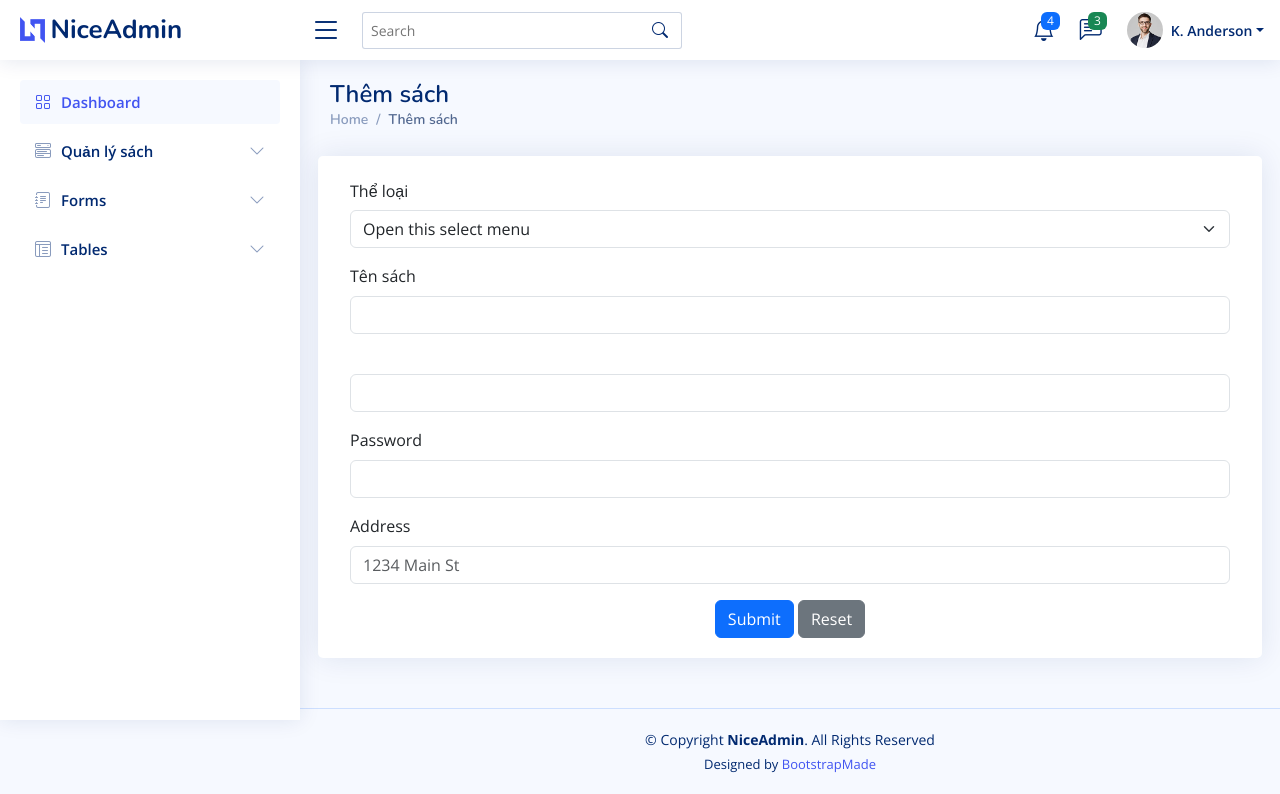
Repository: Hoainam7895123/library_manager
Page: http://localhost/library_manager/addBook.jsp
These files come from the project's save history. The page is drawn as it stood at one moment and after the next save; the edit follows.
The browser window is 1280 px wide. The pictures show the whole page.
The page is served by Tomcat 9. Other server files are loaded and not shown.

Above is the page before, as saved 2024-06-06 01:27:59.

### library_manager/src/main/webapp/addBook.jsp
<%@page import="java.util.ArrayList"%>
<%@page import="model.Book"%>
<%@ page language="java" contentType="text/html; charset=UTF-8"
	pageEncoding="UTF-8"%>
<!DOCTYPE html>
<html lang="en">

<head>
<meta charset="utf-8">
<meta content="width=device-width, initial-scale=1.0" name="viewport">

<title>Dashboard - NiceAdmin Bootstrap Template</title>
<meta content="" name="description">
<meta content="" name="keywords">

<!-- Favicons -->
<link href="/img/favicon.png" rel="icon">
<link href="/img/apple-touch-icon.png" rel="apple-touch-icon">

<!-- Google Fonts -->
<link href="https://fonts.gstatic.com" rel="preconnect">
<link
	href="https://fonts.googleapis.com/css?family=Open+Sans:300,300i,400,400i,600,600i,700,700i|Nunito:300,300i,400,400i,600,600i,700,700i|Poppins:300,300i,400,400i,500,500i,600,600i,700,700i"
	rel="stylesheet">

<!-- Vendor CSS Files -->
<link href="css/bootstrap.min.css" rel="stylesheet">
<link href="css/bootstrap-icons/bootstrap-icons.css" rel="stylesheet">
<link href="css/boxicons.min.css" rel="stylesheet">
<link href="css/quill.snow.css" rel="stylesheet">
<link href="css/quill.bubble.css" rel="stylesheet">
<link href="css/remixicon.css" rel="stylesheet">
<link href="css/style.css" rel="stylesheet">

<!-- Template Main CSS File -->
<link href="css/stylex.css" rel="stylesheet">

<!-- =======================================================
  * Template Name: NiceAdmin
  * Template URL: https://bootstrapmade.com/nice-admin-bootstrap-admin-html-template/
  * Updated: Apr 20 2024 with Bootstrap v5.3.3
  * Author: BootstrapMade.com
  * License: https://bootstrapmade.com/license/
  ======================================================== -->
</head>

<body>

	<!-- ======= Header ======= -->
	<header id="header" class="header fixed-top d-flex align-items-center">

		<div class="d-flex align-items-center justify-content-between">
			<a href="index.html" class="logo d-flex align-items-center"> <img
				src="assets/img/logo.png" alt=""> <span
				class="d-none d-lg-block">NiceAdmin</span>
			</a> <i class="bi bi-list toggle-sidebar-btn"></i>
		</div>
		<!-- End Logo -->

		<div class="search-bar">
			<form class="search-form d-flex align-items-center" method="POST"
				action="#">
				<input type="text" name="query" placeholder="Search"
					title="Enter search keyword">
				<button type="submit" title="Search">
					<i class="bi bi-search"></i>
				</button>
			</form>
		</div>
		<!-- End Search Bar -->

		<nav class="header-nav ms-auto">
			<ul class="d-flex align-items-center">

				<li class="nav-item d-block d-lg-none"><a
					class="nav-link nav-icon search-bar-toggle " href="#"> <i
						class="bi bi-search"></i>
				</a></li>
				<!-- End Search Icon-->

				<li class="nav-item dropdown"><a class="nav-link nav-icon"
					href="#" data-bs-toggle="dropdown"> <i class="bi bi-bell"></i>
						<span class="badge bg-primary badge-number">4</span>
				</a> <!-- End Notification Icon -->

					<ul
						class="dropdown-menu dropdown-menu-end dropdown-menu-arrow notifications">
						<li class="dropdown-header">You have 4 new notifications <a
							href="#"><span class="badge rounded-pill bg-primary p-2 ms-2">View
									all</span></a>
						</li>
						<li>
							<hr class="dropdown-divider">
						</li>

						<li class="notification-item"><i
							class="bi bi-exclamation-circle text-warning"></i>
							<div>
								<h4>Lorem Ipsum</h4>
								<p>Quae dolorem earum veritatis oditseno</p>
								<p>30 min. ago</p>
							</div></li>

						<li>
							<hr class="dropdown-divider">
						</li>

						<li class="notification-item"><i
							class="bi bi-x-circle text-danger"></i>
							<div>
								<h4>Atque rerum nesciunt</h4>
								<p>Quae dolorem earum veritatis oditseno</p>
								<p>1 hr. ago</p>
							</div></li>

						<li>
							<hr class="dropdown-divider">
						</li>

						<li class="notification-item"><i
							class="bi bi-check-circle text-success"></i>
							<div>
								<h4>Sit rerum fuga</h4>
								<p>Quae dolorem earum veritatis oditseno</p>
								<p>2 hrs. ago</p>
							</div></li>

						<li>
							<hr class="dropdown-divider">
						</li>

						<li class="notification-item"><i
							class="bi bi-info-circle text-primary"></i>
							<div>
								<h4>Dicta reprehenderit</h4>
								<p>Quae dolorem earum veritatis oditseno</p>
								<p>4 hrs. ago</p>
							</div></li>

						<li>
							<hr class="dropdown-divider">
						</li>
						<li class="dropdown-footer"><a href="#">Show all
								notifications</a></li>

					</ul> <!-- End Notification Dropdown Items --></li>
				<!-- End Notification Nav -->

				<li class="nav-item dropdown"><a class="nav-link nav-icon"
					href="#" data-bs-toggle="dropdown"> <i
						class="bi bi-chat-left-text"></i> <span
						class="badge bg-success badge-number">3</span>
				</a> <!-- End Messages Icon -->

					<ul
						class="dropdown-menu dropdown-menu-end dropdown-menu-arrow messages">
						<li class="dropdown-header">You have 3 new messages <a
							href="#"><span class="badge rounded-pill bg-primary p-2 ms-2">View
									all</span></a>
						</li>
						<li>
							<hr class="dropdown-divider">
						</li>

						<li class="message-item"><a href="#"> <img
								src="assets/img/messages-1.jpg" alt="" class="rounded-circle">
								<div>
									<h4>Maria Hudson</h4>
									<p>Velit asperiores et ducimus soluta repudiandae labore
										officia est ut...</p>
									<p>4 hrs. ago</p>
								</div>
						</a></li>
						<li>
							<hr class="dropdown-divider">
						</li>

						<li class="message-item"><a href="#"> <img
								src="assets/img/messages-2.jpg" alt="" class="rounded-circle">
								<div>
									<h4>Anna Nelson</h4>
									<p>Velit asperiores et ducimus soluta repudiandae labore
										officia est ut...</p>
									<p>6 hrs. ago</p>
								</div>
						</a></li>
						<li>
							<hr class="dropdown-divider">
						</li>

						<li class="message-item"><a href="#"> <img
								src="assets/img/messages-3.jpg" alt="" class="rounded-circle">
								<div>
									<h4>David Muldon</h4>
									<p>Velit asperiores et ducimus soluta repudiandae labore
										officia est ut...</p>
									<p>8 hrs. ago</p>
								</div>
						</a></li>
						<li>
							<hr class="dropdown-divider">
						</li>

						<li class="dropdown-footer"><a href="#">Show all messages</a>
						</li>

					</ul> <!-- End Messages Dropdown Items --></li>
				<!-- End Messages Nav -->

				<li class="nav-item dropdown pe-3"><a
					class="nav-link nav-profile d-flex align-items-center pe-0"
					href="#" data-bs-toggle="dropdown"> <img
						src="assets/img/profile-img.jpg" alt="Profile"
						class="rounded-circle"> <span
						class="d-none d-md-block dropdown-toggle ps-2">K. Anderson</span>
				</a> <!-- End Profile Iamge Icon -->

					<ul
						class="dropdown-menu dropdown-menu-end dropdown-menu-arrow profile">
						<li class="dropdown-header">
							<h6>Kevin Anderson</h6> <span>Web Designer</span>
						</li>
						<li>
							<hr class="dropdown-divider">
						</li>

						<li><a class="dropdown-item d-flex align-items-center"
							href="users-profile.html"> <i class="bi bi-person"></i> <span>My
									Profile</span>
						</a></li>
						<li>
							<hr class="dropdown-divider">
						</li>

						<li><a class="dropdown-item d-flex align-items-center"
							href="users-profile.html"> <i class="bi bi-gear"></i> <span>Account
									Settings</span>
						</a></li>
						<li>
							<hr class="dropdown-divider">
						</li>

						<li><a class="dropdown-item d-flex align-items-center"
							href="pages-faq.html"> <i class="bi bi-question-circle"></i>
								<span>Need Help?</span>
						</a></li>
						<li>
							<hr class="dropdown-divider">
						</li>

						<li><a class="dropdown-item d-flex align-items-center"
							href="#"> <i class="bi bi-box-arrow-right"></i> <span>Sign
									Out</span>
						</a></li>

					</ul> <!-- End Profile Dropdown Items --></li>
				<!-- End Profile Nav -->

			</ul>
		</nav>
		<!-- End Icons Navigation -->

	</header>
	<!-- End Header -->

	<!-- ======= Sidebar ======= -->
	<aside id="sidebar" class="sidebar">

		<ul class="sidebar-nav" id="sidebar-nav">

			<li class="nav-item"><a class="nav-link " href="index.html">
					<i class="bi bi-grid"></i> <span>Dashboard</span>
			</a></li>
			<!-- End Dashboard Nav -->

			<li class="nav-item"><a class="nav-link collapsed"
				data-bs-target="#components-nav" data-bs-toggle="collapse" href="#">
					<i class="bi bi-menu-button-wide"></i><span>Quản lý sách</span><i
					class="bi bi-chevron-down ms-auto"></i>
			</a>
				<ul id="components-nav" class="nav-content collapse "
					data-bs-parent="#sidebar-nav">
					<li><a href="components-alerts.html"> <i
							class="bi bi-circle"></i><span>Alerts</span>
					</a></li>
					<li><a href="components-accordion.html"> <i
							class="bi bi-circle"></i><span>Accordion</span>
					</a></li>
					<li><a href="components-badges.html"> <i
							class="bi bi-circle"></i><span>Badges</span>
					</a></li>
				</ul></li>
			<!-- End Components Nav -->

			<li class="nav-item"><a class="nav-link collapsed"
				data-bs-target="#forms-nav" data-bs-toggle="collapse" href="#">
					<i class="bi bi-journal-text"></i><span>Forms</span><i
					class="bi bi-chevron-down ms-auto"></i>
			</a>
				<ul id="forms-nav" class="nav-content collapse "
					data-bs-parent="#sidebar-nav">
					<li><a href="forms-elements.html"> <i class="bi bi-circle"></i><span>Form
								Elements</span>
					</a></li>
					<li><a href="forms-layouts.html"> <i class="bi bi-circle"></i><span>Form
								Layouts</span>
					</a></li>
				</ul></li>
			<!-- End Forms Nav -->

			<li class="nav-item"><a class="nav-link collapsed"
				data-bs-target="#tables-nav" data-bs-toggle="collapse" href="#">
					<i class="bi bi-layout-text-window-reverse"></i><span>Tables</span><i
					class="bi bi-chevron-down ms-auto"></i>
			</a>
				<ul id="tables-nav" class="nav-content collapse "
					data-bs-parent="#sidebar-nav">
					<li><a href="tables-general.html"> <i class="bi bi-circle"></i><span>General
								Tables</span>
					</a></li>
					<li><a href="tables-data.html"> <i class="bi bi-circle"></i><span>Data
								Tables</span>
					</a></li>
				</ul></li>
			<!-- End Tables Nav -->

		</ul>

	</aside>
	<!-- End Sidebar-->

	<main id="main" class="main">

		<div class="pagetitle">
			<div class="row">
				<div class="col-10">
					<h1>Thêm sách</h1>
					<nav>
						<ol class="breadcrumb">
							<li class="breadcrumb-item"><a href="index.html">Home</a></li>
							<li class="breadcrumb-item active">Thêm sách</li>
						</ol>
					</nav>
				</div>
				<div class="col-2">
				</div>
			</div>
		</div>
		<!-- End Page Title -->

		<section class="section dashboard">
			<div class="row">
				<!-- Vertical Form -->
				<div class="card">
					<div class="card-body">
						<!-- Vertical Form -->
						<form class="row g-3">
							<div class="col-12 pt-3">
								<label class="col-sm-2 col-form-label">Thể loại</label>
									<select class="form-select" aria-label="Default select example">
										<option selected>Open this select menu</option>
										<option value="1">One</option>
										<option value="2">Two</option>
										<option value="3">Three</option>
										<option value="4">Three</option>
										<option value="5">Three</option>
									</select>
							</div>
							<div class="col-12">
								<label for="inputNanme4" class="form-label">Tên sách</label> <input
									type="text" class="form-control" id="inputNanme4">
							</div>
							<div class="col-12">
								<label for="inputEmail4" class="form-label"></label> <input
									type="email" class="form-control" id="inputEmail4">
							</div>
							<div class="col-12">
								<label for="inputPassword4" class="form-label">Password</label>
								<input type="password" class="form-control" id="inputPassword4">
							</div>
							<div class="col-12">
								<label for="inputAddress" class="form-label">Address</label> <input
									type="text" class="form-control" id="inputAddress"
									placeholder="1234 Main St">
							</div>
							<div class="text-center">
								<button type="submit" class="btn btn-primary">Submit</button>
								<button type="reset" class="btn btn-secondary">Reset</button>
							</div>
						</form>
						<!-- Vertical Form -->

					</div>
				</div>
			</div>
		</section>

	</main>
	<!-- End #main -->

	<!-- ======= Footer ======= -->
	<footer id="footer" class="footer">
		<div class="copyright">
			&copy; Copyright <strong><span>NiceAdmin</span></strong>. All Rights
			Reserved
		</div>
		<div class="credits">
			<!-- All the links in the footer should remain intact. -->
			<!-- You can delete the links only if you purchased the pro version. -->
			<!-- Licensing information: https://bootstrapmade.com/license/ -->
			<!-- Purchase the pro version with working PHP/AJAX contact form: https://bootstrapmade.com/nice-admin-bootstrap-admin-html-template/ -->
			Designed by <a href="https://bootstrapmade.com/">BootstrapMade</a>
		</div>
	</footer>
	<!-- End Footer -->

	<a href="#"
		class="back-to-top d-flex align-items-center justify-content-center"><i
		class="bi bi-arrow-up-short"></i></a>

	<!-- Vendor JS Files -->
	<script src="${pageContext.request.contextPath}/js/apexcharts.min.js"></script>
	<script
		src="${pageContext.request.contextPath}/js/bootstrap.bundle.min.js"></script>

	<script src="/js/echarts.min.js"></script>

	<script src="/js/tinymce.min.js"></script>
	<script src="/js/validate.js"></script>
	<!-- Template Main JS File -->
	<script src="/js/main.js"></script>

</body>

</html>

### library_manager/src/main/webapp/css/style.css
.datatable-wrapper.no-header .datatable-container {
	border-top: 1px solid #d9d9d9;
}

.datatable-wrapper.no-footer .datatable-container {
	border-bottom: 1px solid #d9d9d9;
}

.datatable-top,
.datatable-bottom {
	padding: 8px 10px;
}

.datatable-top > nav:first-child,
.datatable-top > div:first-child,
.datatable-bottom > nav:first-child,
.datatable-bottom > div:first-child {
	float: left;
}

.datatable-top > nav:last-child,
.datatable-top > div:not(first-child),
.datatable-bottom > nav:last-child,
.datatable-bottom > div:last-child {
	float: right;
}

.datatable-selector {
	padding: 6px;
}

.datatable-input {
	padding: 6px 12px;
}

.datatable-info {
	margin: 7px 0;
}

/* PAGER */
.datatable-pagination ul {
	margin: 0;
	padding-left: 0;
}

.datatable-pagination li {
	list-style: none;
	float: left;
}

.datatable-pagination li.datatable-hidden {
    visibility: hidden;
}

.datatable-pagination a,
.datatable-pagination button {
	border: 1px solid transparent;
	float: left;
	margin-left: 2px;
	padding: 6px 12px;
	position: relative;
	text-decoration: none;
	color: #333;
    cursor: pointer;
}

.datatable-pagination a:hover,
.datatable-pagination button:hover {
	background-color: #d9d9d9;
}

.datatable-pagination .datatable-active a,
.datatable-pagination .datatable-active a:focus,
.datatable-pagination .datatable-active a:hover,
.datatable-pagination .datatable-active button,
.datatable-pagination .datatable-active button:focus,
.datatable-pagination .datatable-active button:hover {
	background-color: #d9d9d9;
	cursor: default;
}

.datatable-pagination .datatable-ellipsis a,
.datatable-pagination .datatable-disabled a,
.datatable-pagination .datatable-disabled a:focus,
.datatable-pagination .datatable-disabled a:hover,
.datatable-pagination .datatable-ellipsis button,
.datatable-pagination .datatable-disabled button,
.datatable-pagination .datatable-disabled button:focus,
.datatable-pagination .datatable-disabled button:hover {
    pointer-events: none;
    cursor: default;
}

.datatable-pagination .datatable-disabled a,
.datatable-pagination .datatable-disabled a:focus,
.datatable-pagination .datatable-disabled a:hover,
.datatable-pagination .datatable-disabled button,
.datatable-pagination .datatable-disabled button:focus,
.datatable-pagination .datatable-disabled button:hover {
	cursor: not-allowed;
	opacity: 0.4;
}

.datatable-pagination .datatable-pagination a,
.datatable-pagination .datatable-pagination button {
	font-weight: bold;
}

/* TABLE */
.datatable-table {
	max-width: 100%;
	width: 100%;
	border-spacing: 0;
	border-collapse: separate;
}

.datatable-table > tbody > tr > td,
.datatable-table > tbody > tr > th,
.datatable-table > tfoot > tr > td,
.datatable-table > tfoot > tr > th,
.datatable-table > thead > tr > td,
.datatable-table > thead > tr > th {
	vertical-align: top;
	padding: 8px 10px;
}

.datatable-table > thead > tr > th {
	vertical-align: bottom;
	text-align: left;
	border-bottom: 1px solid #d9d9d9;
}

.datatable-table > tfoot > tr > th {
	vertical-align: bottom;
	text-align: left;
	border-top: 1px solid #d9d9d9;
}

.datatable-table th {
	vertical-align: bottom;
	text-align: left;
}

.datatable-table th a {
	text-decoration: none;
	color: inherit;
}

.datatable-table th button,
.datatable-pagination-list button {
    color: inherit;
    border: 0;
    background-color: inherit;
    cursor: pointer;
    text-align: inherit;
    font-weight: inherit;
    font-size: inherit;
}

.datatable-sorter, .datatable-filter {
	display: inline-block;
	height: 100%;
	position: relative;
	width: 100%;
}

.datatable-sorter::before,
.datatable-sorter::after {
	content: "";
	height: 0;
	width: 0;
	position: absolute;
	right: 4px;
	border-left: 4px solid transparent;
	border-right: 4px solid transparent;
	opacity: 0.2;
}


.datatable-sorter::before {
	border-top: 4px solid #000;
	bottom: 0px;
}

.datatable-sorter::after {
	border-bottom: 4px solid #000;
	border-top: 4px solid transparent;
	top: 0px;
}

.datatable-ascending .datatable-sorter::after,
.datatable-descending .datatable-sorter::before,
.datatable-ascending .datatable-filter::after,
.datatable-descending .datatable-filter::before {
	opacity: 0.6;
}

.datatable-filter::before {
    content: "";
    position: absolute;
    right: 4px;
    opacity: 0.2;
    width: 0;
    height: 0;
    border-left: 7px solid transparent;
    border-right: 7px solid transparent;
	border-radius: 50%;
    border-top: 10px solid #000;
    top: 25%;
}

.datatable-filter-active .datatable-filter::before {
    opacity: 0.6;
}

.datatable-empty {
	text-align: center;
}

.datatable-top::after, .datatable-bottom::after {
	clear: both;
	content: " ";
	display: table;
}

table.datatable-table:focus tr.datatable-cursor > td:first-child {
	border-left: 3px blue solid;
}

table.datatable-table:focus {
	outline: solid 1px black;
    outline-offset: -1px;
}

Loaded but not shown: library_manager/src/main/webapp/css/bootstrap.min.css (library); library_manager/src/main/webapp/css/bootstrap-icons/bootstrap-icons.css (library); library_manager/src/main/webapp/css/boxicons.min.css (library); library_manager/src/main/webapp/css/quill.snow.css (library); library_manager/src/main/webapp/css/quill.bubble.css (library); library_manager/src/main/webapp/js/apexcharts.min.js (library); library_manager/src/main/webapp/js/bootstrap.bundle.min.js (library); library_manager/src/main/webapp/js/echarts.min.js (library); library_manager/src/main/webapp/js/tinymce.min.js (library); library_manager/src/main/webapp/js/main.js (319 lines, source omitted); library_manager/src/main/webapp/js/validate.js (85 lines, source omitted); library_manager/src/main/webapp/css/remixicon.css (2895 lines, source omitted); library_manager/src/main/webapp/css/stylex.css (1233 lines, source omitted)

After the next save:
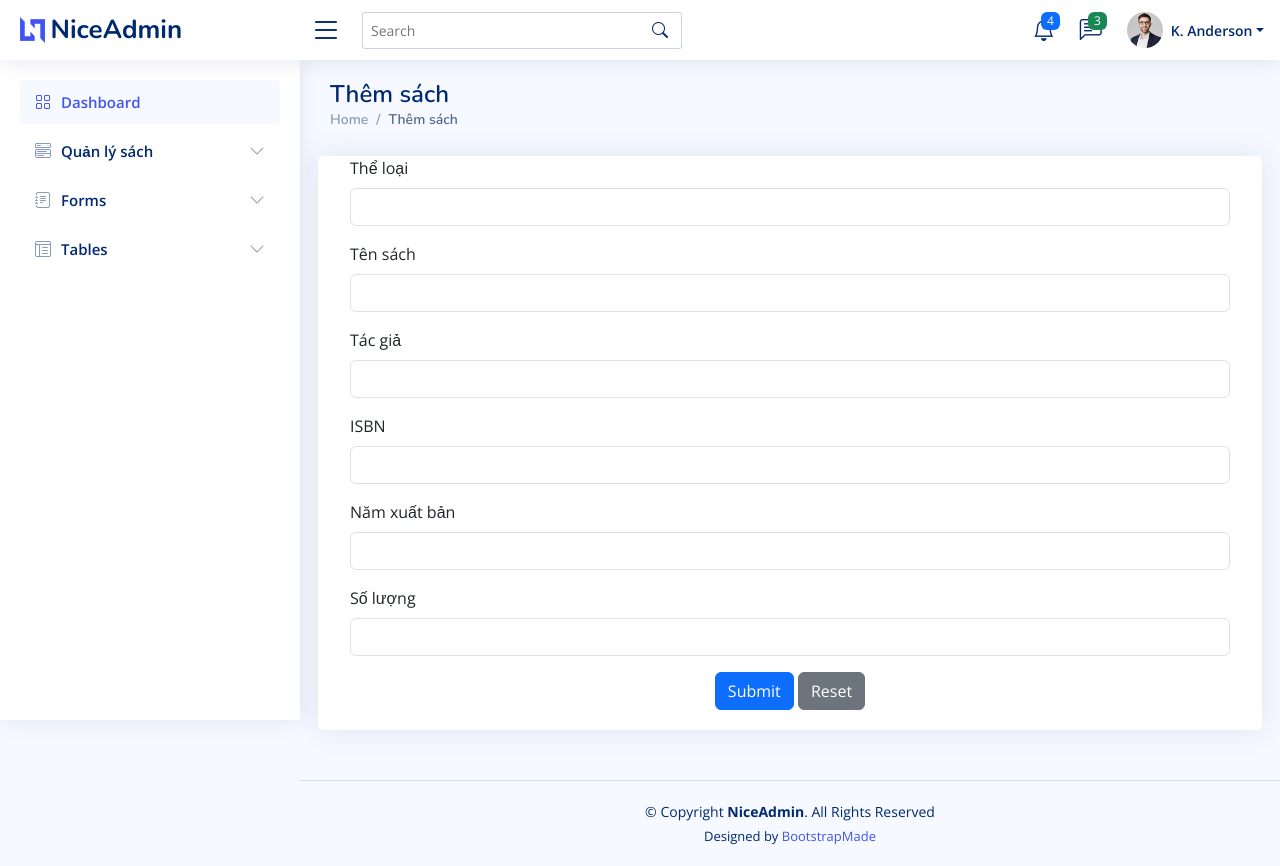
Saved 3 min 44 s later.
--- a/library_manager/src/main/webapp/addBook.jsp
+++ b/library_manager/src/main/webapp/addBook.jsp
@@ -342,8 +342,7 @@
 						</ol>
 					</nav>
 				</div>
-				<div class="col-2">
-				</div>
+				<div class="col-2"></div>
 			</div>
 		</div>
 		<!-- End Page Title -->
@@ -354,40 +353,43 @@
 				<div class="card">
 					<div class="card-body">
 						<!-- Vertical Form -->
-						<form class="row g-3">
-							<div class="col-12 pt-3">
-								<label class="col-sm-2 col-form-label">Thể loại</label>
-									<select class="form-select" aria-label="Default select example">
-										<option selected>Open this select menu</option>
-										<option value="1">One</option>
-										<option value="2">Two</option>
-										<option value="3">Three</option>
-										<option value="4">Three</option>
-										<option value="5">Three</option>
-									</select>
-							</div>
-							<div class="col-12">
-								<label for="inputNanme4" class="form-label">Tên sách</label> <input
-									type="text" class="form-control" id="inputNanme4">
-							</div>
-							<div class="col-12">
-								<label for="inputEmail4" class="form-label"></label> <input
-									type="email" class="form-control" id="inputEmail4">
-							</div>
-							<div class="col-12">
-								<label for="inputPassword4" class="form-label">Password</label>
-								<input type="password" class="form-control" id="inputPassword4">
-							</div>
-							<div class="col-12">
-								<label for="inputAddress" class="form-label">Address</label> <input
-									type="text" class="form-control" id="inputAddress"
-									placeholder="1234 Main St">
+						<form class="row g-3"
+							action="${pageContext.request.contextPath}/add-book"
+							method="post">
+							<div class="col-12">
+								<label for="input_category" class="form-label">Thể loại</label>
+								<input type="text" class="form-control" id="input_category"
+									name="category">
+							</div>
+							<div class="col-12">
+								<label for="input_title" class="form-label">Tên sách</label> <input
+									type="text" class="form-control" id="input_title" name="title">
+							</div>
+							<div class="col-12">
+								<label for="input_author" class="form-label">Tác giả</label> <input
+									type="text" class="form-control" id="input_author"
+									name="author">
+							</div>
+							<div class="col-12">
+								<label for="input_isbn" class="form-label">ISBN</label> <input
+									type="text" class="form-control" id="input_isbn" name="isbn">
+							</div>
+							<div class="col-12">
+								<label for="input_published_year" class="form-label">Năm
+									xuất bản</label> <input type="text" class="form-control"
+									id="input_published_year" name="published_year">
+							</div>
+							<div class="col-12">
+								<label for="input_number_of_copies" class="form-label">Số
+									lượng</label> <input type="text" class="form-control"
+									id="input_number_of_copies" name="number_of_copies">
 							</div>
 							<div class="text-center">
 								<button type="submit" class="btn btn-primary">Submit</button>
 								<button type="reset" class="btn btn-secondary">Reset</button>
 							</div>
 						</form>
+
 						<!-- Vertical Form -->
 
 					</div>
